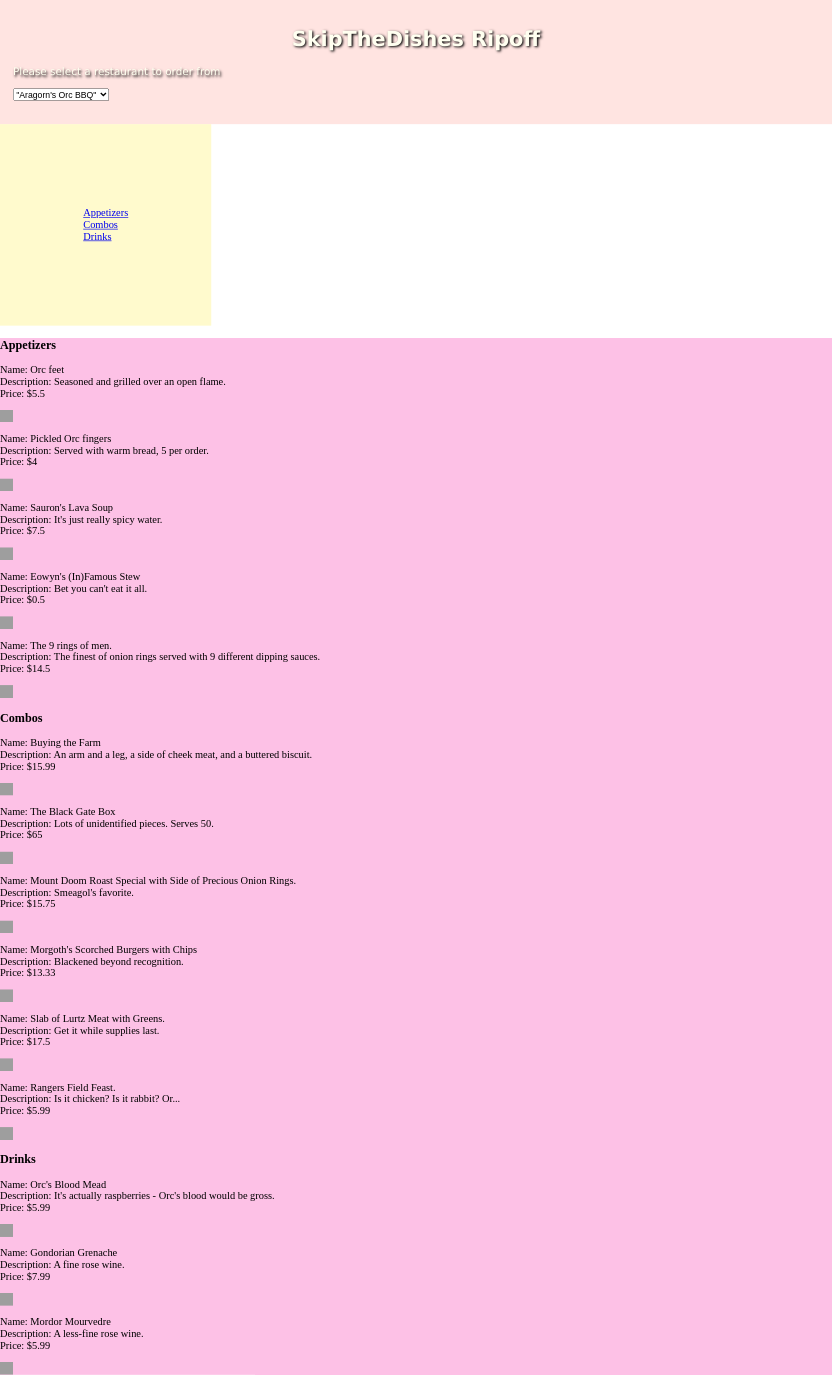
Repository: hudaali14/Carleton
Page: 2406/Assignments/Assignment1 (97)/order.html
The author's editor kept a copy of each file at every save. The page is drawn from the files as they stood at one save, then again after the next save.
The browser window is 1280 px wide. The pictures show the whole page, at 65% of full size.
After loading, the first visible `#dropdown` was changed once.
Pictures or frames that could not be fetched are drawn as grey boxes.

Above is the page before, as saved 2020-01-26 00:31:26.

After the next save:
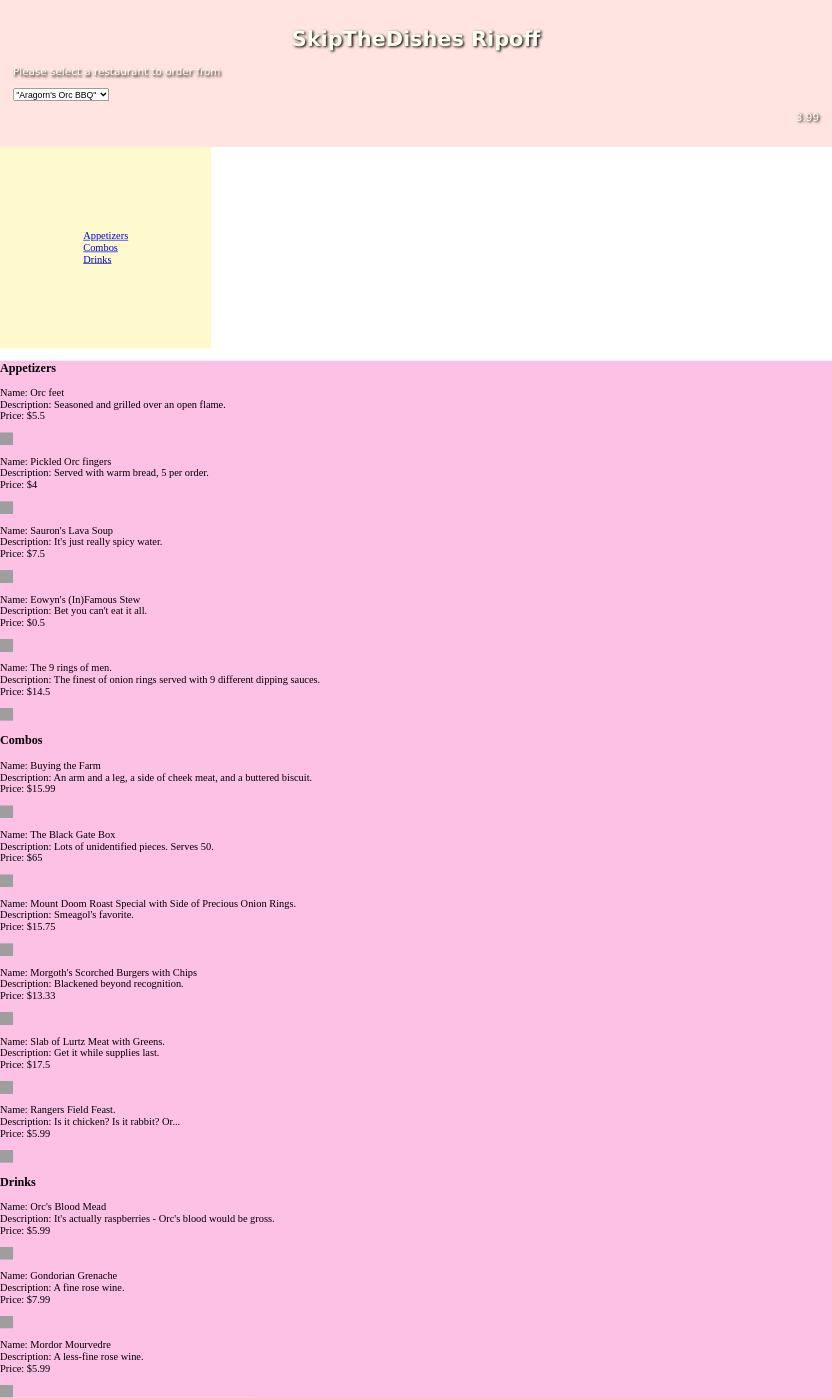
Saved 114 s later.
--- a/2406/Assignments/Assignment1 (97)/client.js
+++ b/2406/Assignments/Assignment1 (97)/client.js
@@ -281,7 +281,6 @@
 	let category = document.getElementById("categories");
 	//r.addEventListener("click", checkItemsMenu);
 	r.onchange= displayCategories;
-	//r.onchange = displayRestaurant(r.selectedIndex);
 }
 
 function checkItemsMenu(){
@@ -312,6 +311,7 @@
 	let category=document.getElementById("categories");
 	category.innerHTML="";
 	if(dropdownMenu.selectedIndex==1){
+		displayRestaurant(dropdownMenu.selectedIndex);
 		let aragornMenu= ["Appetizers", "Combos","Drinks"];
 		aragornMenu.forEach(element => {
 			let txt= "#"+element;
@@ -322,6 +322,7 @@
 		});
 		displayItems(aragorn, aragornMenu);
 	}else if(dropdownMenu.selectedIndex==2){
+		displayRestaurant(dropdownMenu.selectedIndex);
 		let legolasMenu=["Lembas", "Combos"];
 		legolasMenu.forEach(element => {
 			let txt= "#"+element;
@@ -333,6 +334,7 @@
 		displayItems(legolas, legolasMenu);
 
 	}else if(dropdownMenu.selectedIndex==3){
+		displayRestaurant(dropdownMenu.selectedIndex);
 		let frodoMenu=["Breakfast","Second Breakfast","Elevenses","Luncheon","Afternoon Tea","Dinner","Supper"];
 		frodoMenu.forEach(element => {
 			let txt= "#"+element;
